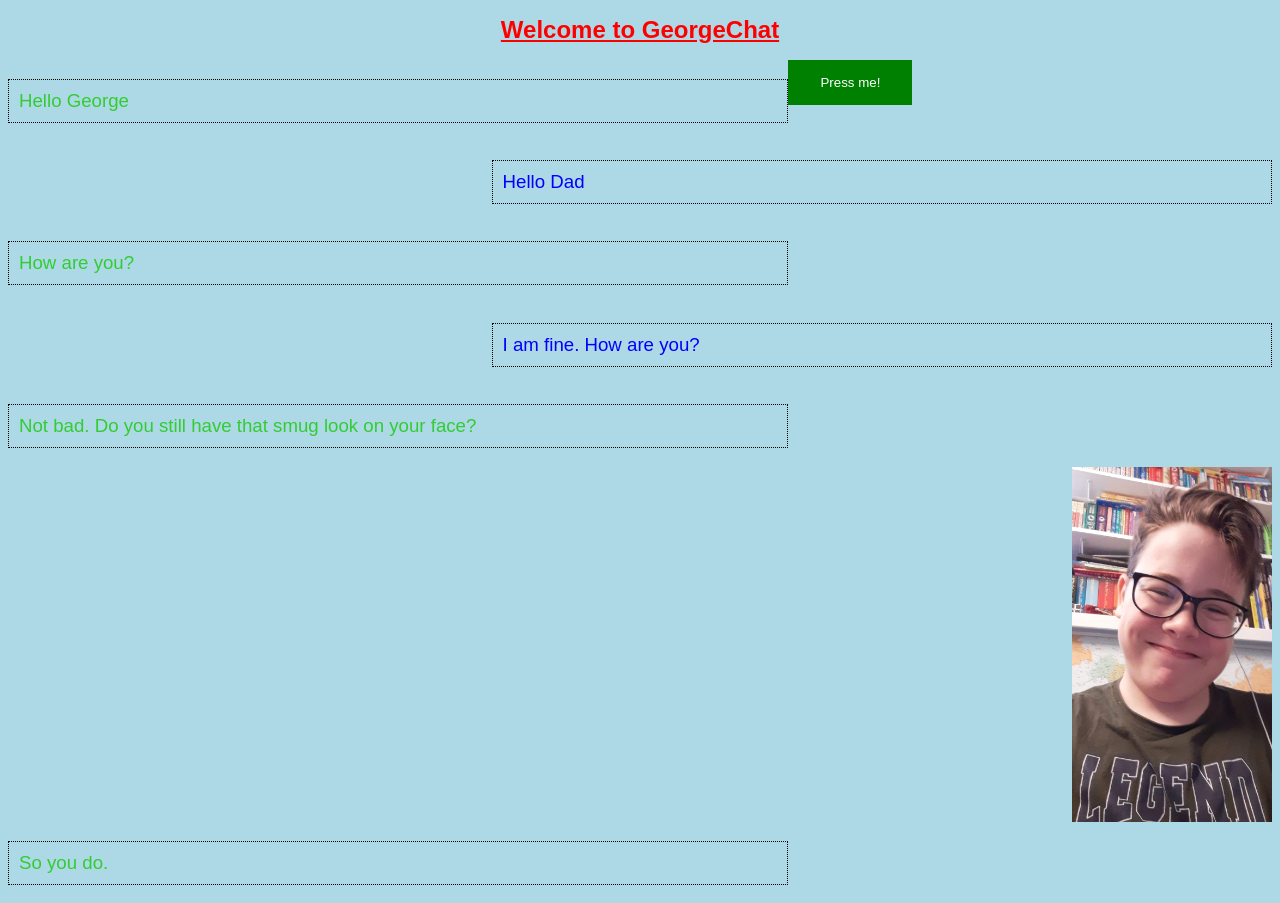
Repository: georgefyles/playground
Page: playground/src/resources/html/test.html
The author's editor kept a record of every edit. The page is drawn from the files as they stood at one moment, then again after the next edit.
The browser window is 1280 px wide. The pictures show the whole page.

Above is the page before.

### playground/src/resources/html/test.html
<!DOCTYPE html>
<html>

  <head>
	<title>Page Title</title>
	<link rel="stylesheet" href="test.css" type="text/css" />
  </head>

  <body>

    <h1 id="chat-title">Welcome to GeorgeChat</h1>

    <div id="chat-messages">

      <p class="you-talking">Hello George</p>

      <p class="me-talking">Hello Dad</p>

      <p class="you-talking">How are you?</p>

  	  <p class="me-talking">I am fine. How are you?</p>

      <p class="you-talking">Not bad. Do you still have that smug look on your face?</p>

      <img src="../images/george.jpeg" class="me-talking chat-image" />

      <p class="you-talking">So you do.</p>

    </div>

    <div id="chat-controls">
      <button>Press me!</button>
    </div>

  </body>
</html>

### playground/src/resources/html/test.css
body {
    background-color: lightblue;
    font-family: Arial, Helvetica, sans-serif;
}

#chat-title {
    font-size: 18pt;
    text-align: center;
    color: red;
    text-decoration: underline;
}

button {
    background-color: green;
    border: none;
    color: white;
    padding: 15px 32px;
    text-align: center;
    text-decoration: none;
    display: inline-block;
}

p {
    font-size: 14pt;
    border: 1px dotted black;
    padding: 10px;
    display: inline-block;
    width: 60%;
}

p.you-talking {
    color: limegreen;
    float: left;
    clear: right;
}

.me-talking {
    color: blue;
    float: right;
    clear: left;
}

img.chat-image {
    width: 200px;
}

After the next edit:
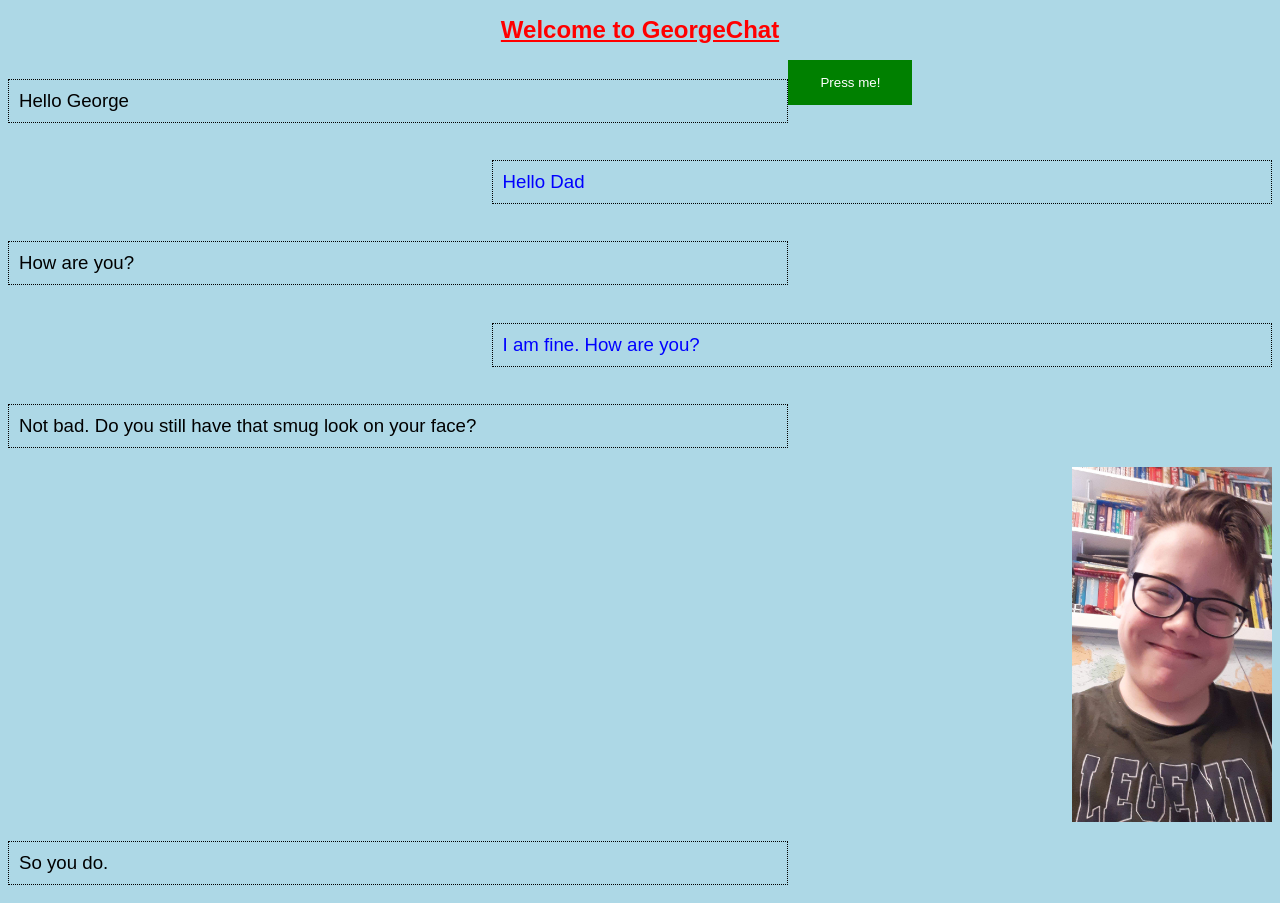
The edit:
--- a/playground/src/resources/html/test.css
+++ b/playground/src/resources/html/test.css
@@ -28,8 +28,8 @@
     width: 60%;
 }
 
-p.you-talking {
-    color: limegreen;
+.you-talking {
+    color: g;
     float: left;
     clear: right;
 }
